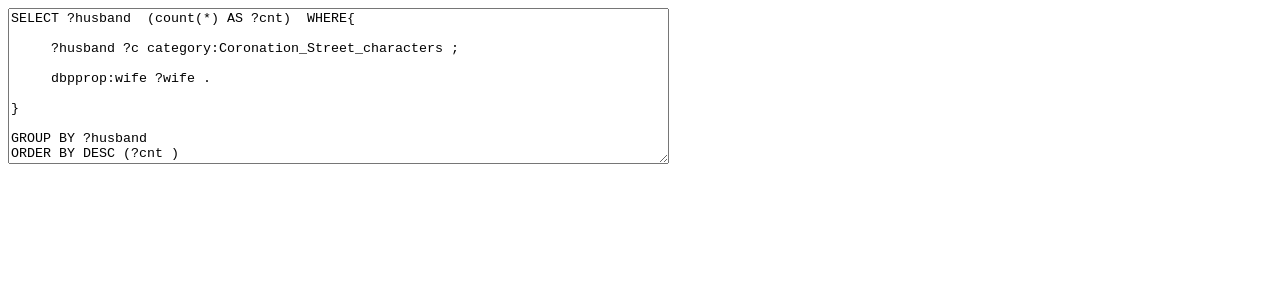
Repository: ds10/widgets-workspace
Page: DBpediawidget/src/index.html
The author's editor kept a copy of each file at every save. The page is drawn from the files as they stood at one save, then again after the next save.
The browser window is 1280 px wide. The pictures show the whole page.

Above is the page before, as saved 2013-02-26 14:38:50.

After the next save:
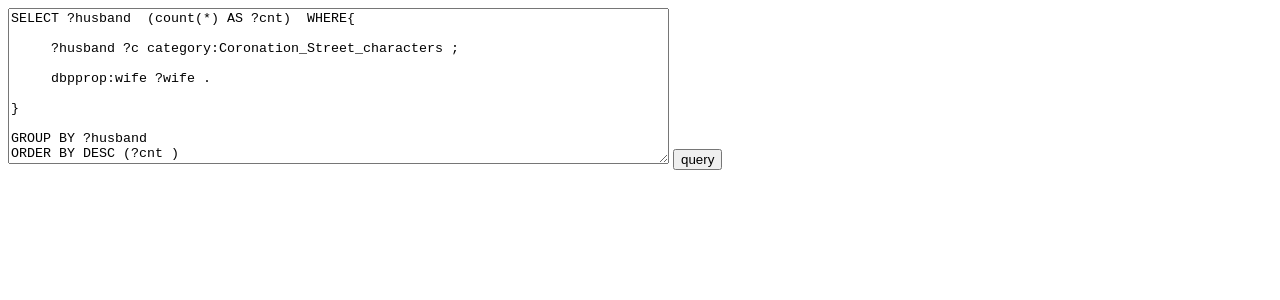
Saved 91 s later.
--- a/DBpediawidget/src/index.html
+++ b/DBpediawidget/src/index.html
@@ -25,7 +25,8 @@
 GROUP BY ?husband
 ORDER BY DESC (?cnt )
 </textarea>
-
+    <input value="query" type="submit" /><br />
+</form>
 
 </body>
 </html>
